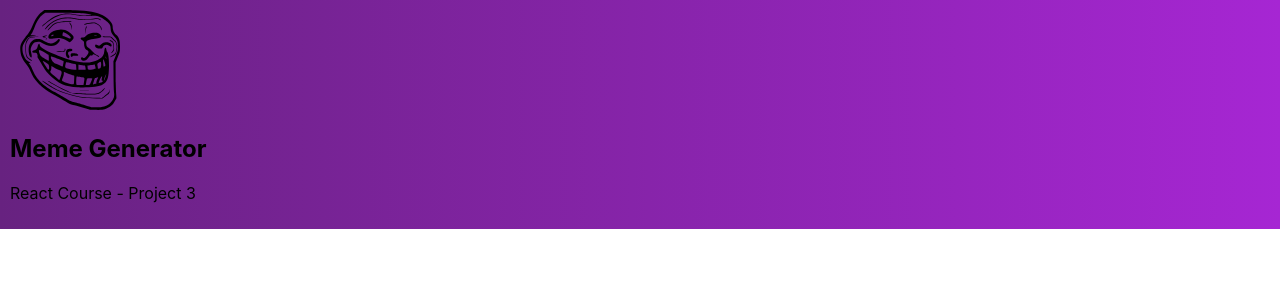
Repository: mortiestmorty1/meme-generator-react
Page: /
The author's editor kept a copy of each file at every save. The page is drawn from the files as they stood at one save, then again after the next save.
The browser window is 1280 px wide. The pictures show the whole page.
The project was rebuilt for these pictures with package versions that can differ from the ones it lists, and the page was loaded fresh each time.

Above is the page before, as saved 2024-01-17 18:59:06.

### src/index.css
body {
  margin: 0;
  font-family: -apple-system, BlinkMacSystemFont, 'Segoe UI', 'Roboto', 'Oxygen',
    'Ubuntu', 'Cantarell', 'Fira Sans', 'Droid Sans', 'Helvetica Neue',
    sans-serif;
  -webkit-font-smoothing: antialiased;
  -moz-osx-font-smoothing: grayscale;
}

code {
  font-family: source-code-pro, Menlo, Monaco, Consolas, 'Courier New',
    monospace;
}
* {
  box-sizing: border-box;
  }

### src/App.js
import logo from './logo.svg';
import './App.css';
import React from "react";
import Navbar from "./components/Navbar";

function App() {
  return (
    <div className="App">
      <Navbar />
    </div>
  );
}

export default App;

### src/App.css
.nav-container {
  display: flex;
  justify-content: space-between;
  align-items: center;
  background: linear-gradient(to right, #672280,#A626D3);
  padding: 10px;
  }
  .image{
    width: 100px;
    height: 100px;
    color: aliceblue;
    margin-left: 10px;
  }

### src/components/Navbar.js
import React from "react";
import Troll from "./Troll-Face.svg";
import "../App.css";
function Navbar(){
    return(
        <div className="nav-container">
            <nav className="navbar">
                <img src={Troll} className="image" alt="Troll Face" />
                <h1>Meme Generator</h1>
                <section className="info">
                    <p>React Course - Project 3</p>
                </section>
            </nav>
        </div>
    )
}

export default Navbar;

Loaded but not shown: public/index.html (common file); src/index.js (common file); src/reportWebVitals.js (common file)

After the next save:
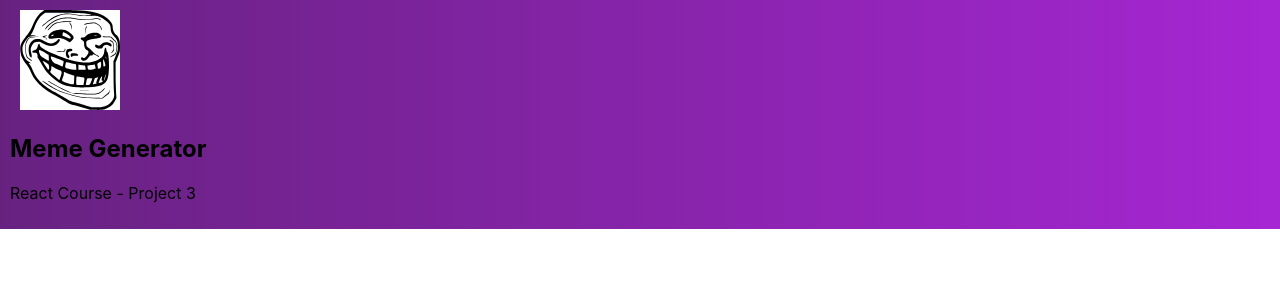
Saved 13 s later.
--- a/src/App.css
+++ b/src/App.css
@@ -8,6 +8,6 @@
   .image{
     width: 100px;
     height: 100px;
-    color: aliceblue;
+    background-color: white;
     margin-left: 10px;
   }
